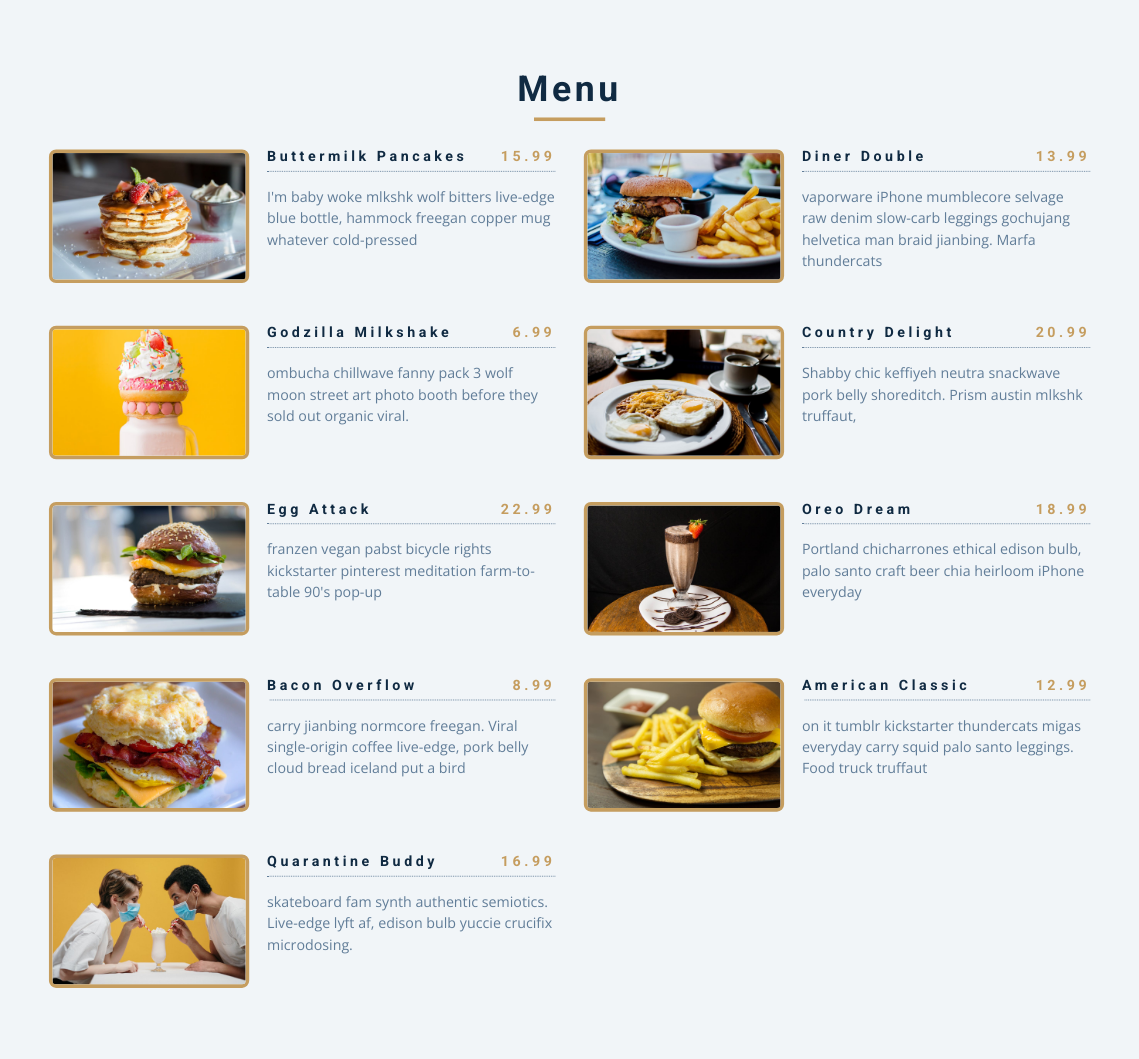
Repository: spidero7/Menu
Page: index.html
These files come from the project's save history. The page is drawn as it stood at one moment and after a run of saves; the edit follows.
The browser window is 1280 px wide. The pictures show the whole page, at 89% of full size.
Some web libraries are served in a nearby version.

Above is the page before, as saved 2021-10-02 07:23:14.

After the next 2 saves:
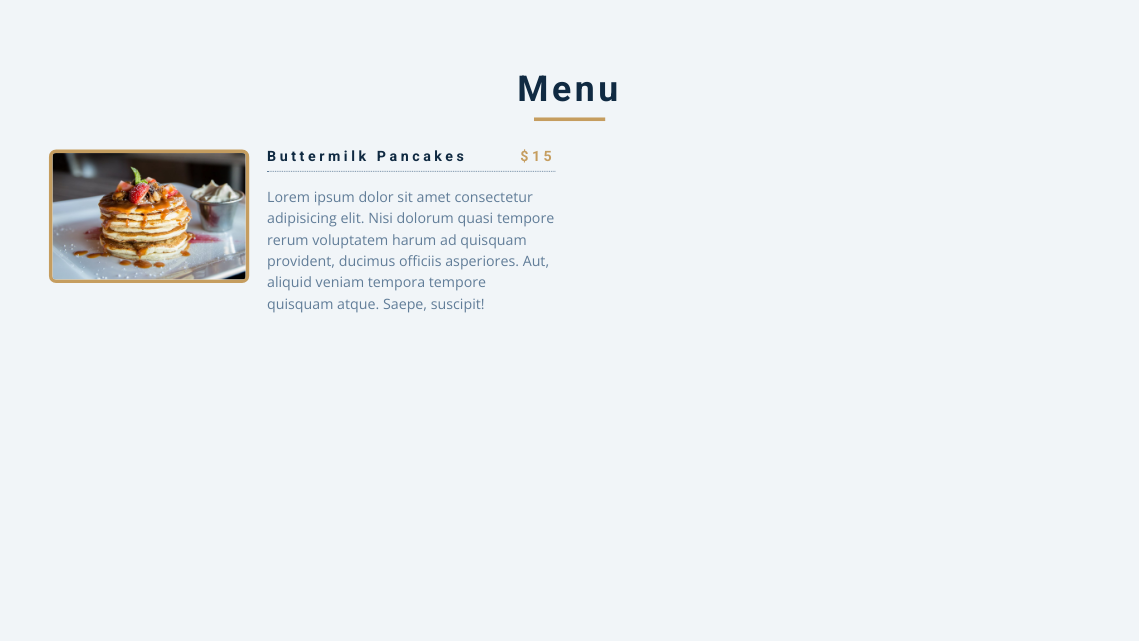
The 2 saves are shown as one change because they came seconds apart.
The last was saved 104 s later.
--- a/app.js
+++ b/app.js
@@ -76,6 +76,10 @@
 const sectionCenter = document.querySelector('.section-center');
 
 window.addEventListener("DOMContentLoaded", function () {
+
+});
+
+function displayMenuItems(menuItems) {
   let displayMenu = menu.map(function (item) {
     return `<article class="menu-item">
     <img src=${item.img} class="photo" alt=${item.title}>
@@ -90,8 +94,4 @@
   });
   displayMenu = displayMenu.join("");
   sectionCenter.innerHTML = displayMenu
-});
-
-function displayMenuItems(menuItems) {
-
 }

After the 4 saves that followed:
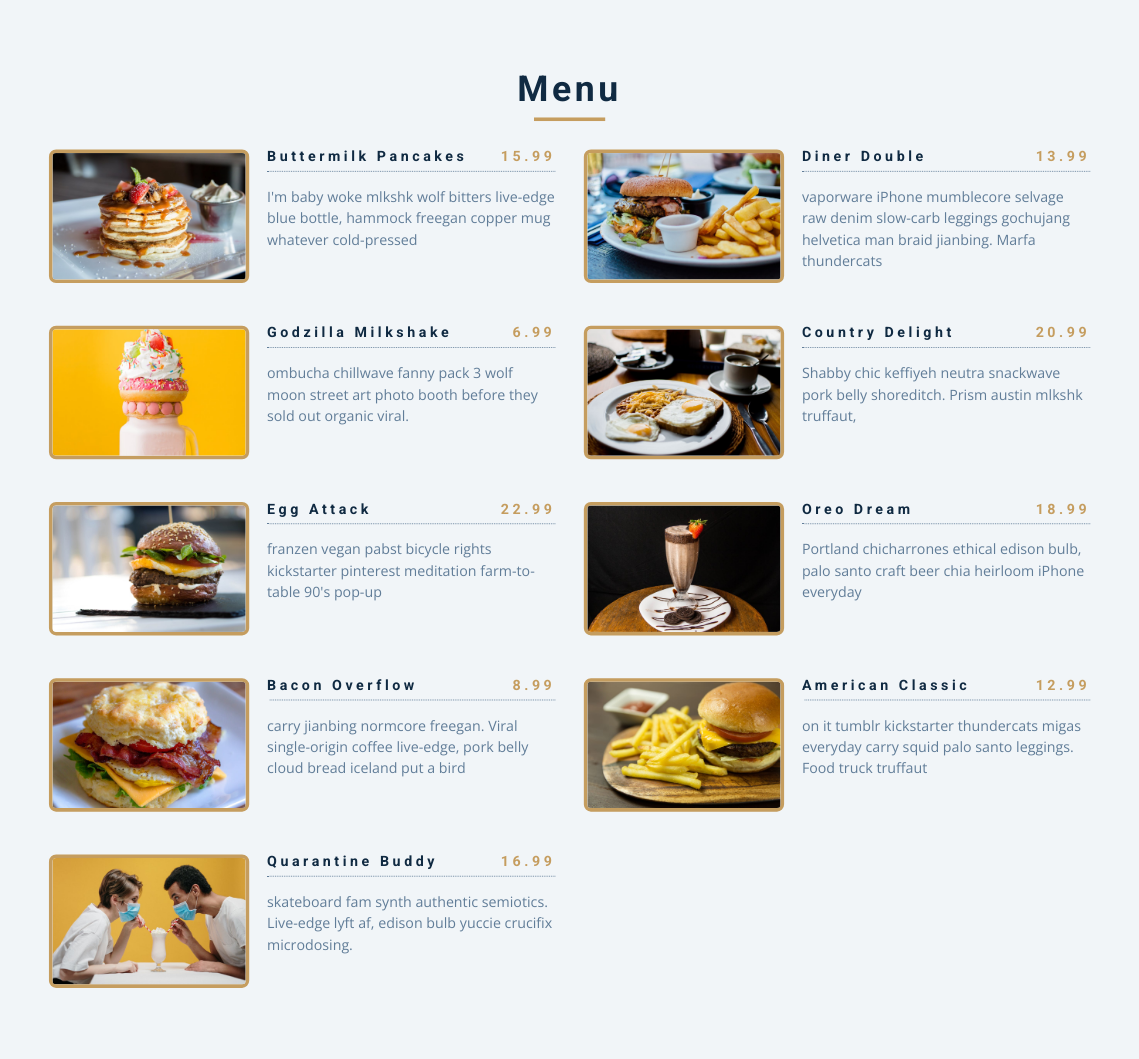
The 4 saves are shown as one change because 1 left the picture as it was and some came seconds apart.
The last was saved 26 s later.
--- a/app.js
+++ b/app.js
@@ -76,11 +76,11 @@
 const sectionCenter = document.querySelector('.section-center');
 
 window.addEventListener("DOMContentLoaded", function () {
-
+ displayMenuItems(menu)
 });
 
 function displayMenuItems(menuItems) {
-  let displayMenu = menu.map(function (item) {
+  let displayMenu = menuItems.map(function (item) {
     return `<article class="menu-item">
     <img src=${item.img} class="photo" alt=${item.title}>
     <div class="item-info">
